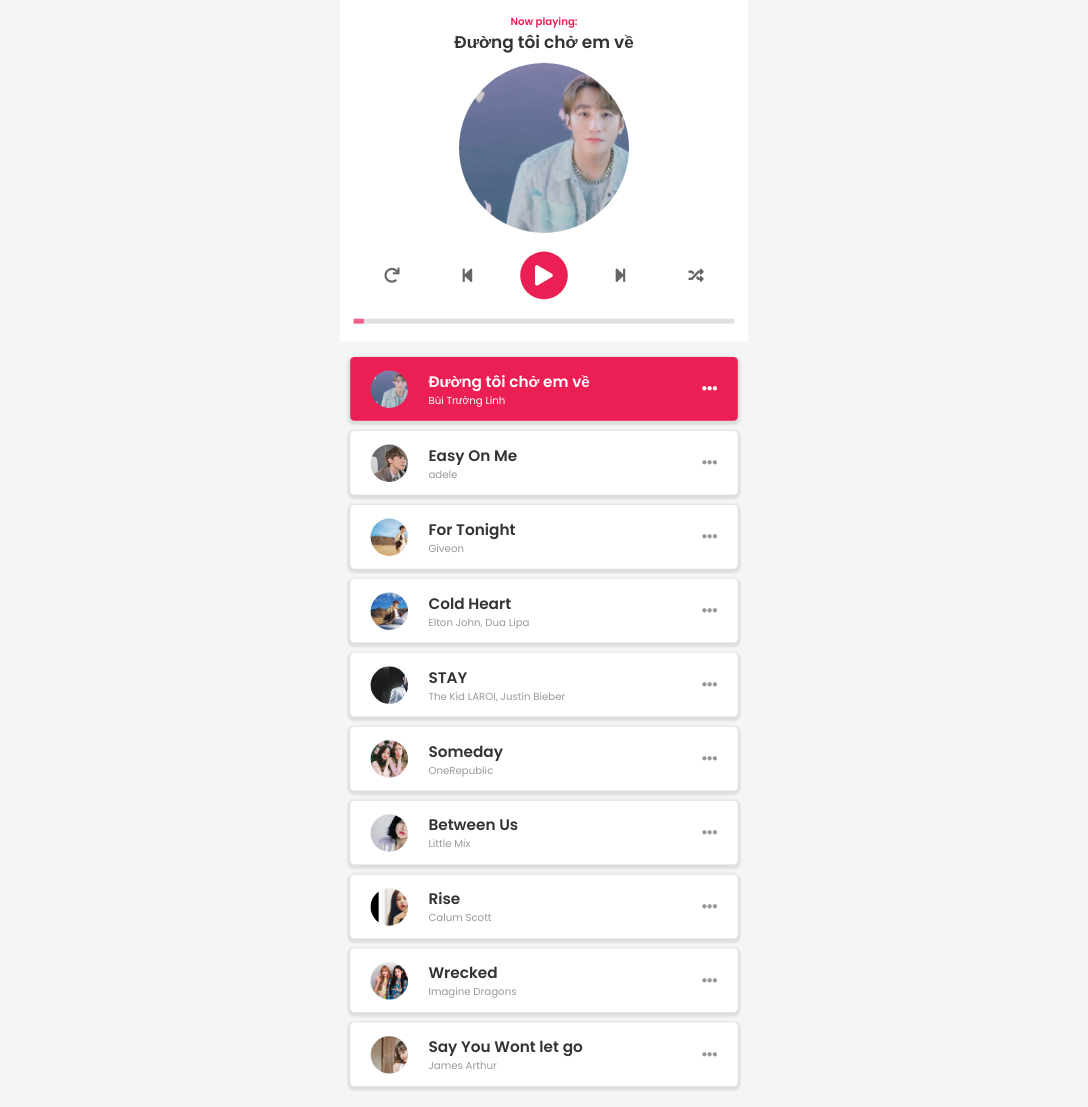
Repository: maivannhan1998/MusicPlayer.github.io
Page: index.html
The author's editor kept a copy of each file at every save. The page is drawn from the files as they stood at one save, then again after the next save.
The browser window is 1280 px wide. The pictures show the whole page, at 85% of full size.

Above is the page before, as saved 2021-11-11 11:34:30.

After the next save:
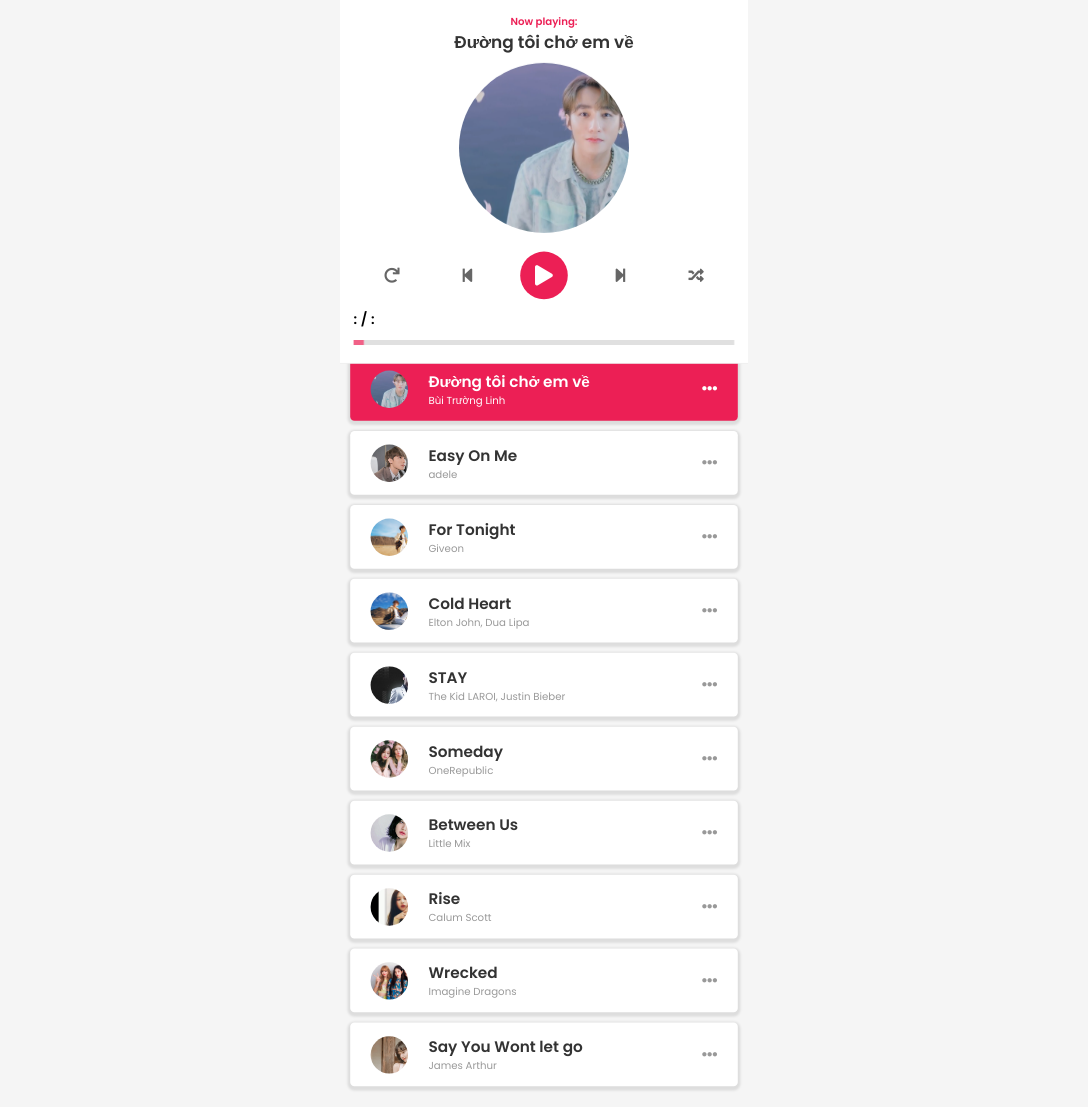
Console error: ReferenceError: progressPercent is not defined
Saved 3 h 52 min later.
--- a/index.html
+++ b/index.html
@@ -45,7 +45,13 @@
                     <i class="fas fa-random"></i>
                 </div>
           </div>
-
+          <span id="time"></span>
+          <b class="dot">:</b>
+          <span id="timeCurrent"></span>
+          <b class="dash">/</b>
+          <span id="duration"></span>
+          <b class="mark">:</b>
+          <span id="timeDuration"></span>
           <input id="progress" class="progress" type="range" value="0" step="1" min="0" max="100">
 
 
@@ -252,7 +258,18 @@
                         const progressPercent = Math.floor(audio.currentTime / audio.duration * 100);
                         progress.value = progressPercent;
                     }
-
+                    progress.value = progressPercent;
+                    const minutes = audio.duration/60;
+                    const millisecond = minutes*10;
+                    const times =  audio.currentTime/60;
+                    const timeCurrents = (times*10);
+                    timeCurrent.innerHTML = timeCurrents.toFixed();
+                    time.innerHTML = times.toFixed();
+                    Duration.innerHTML = minutes.toFixed();
+                    timeDuration.innerHTML = millisecond.toFixed();
+                    dot.style.display = "inline-block";
+                    dash.style.display = "inline-block";
+                    mark.style.display = "inline-block";
                 },
 
                 // Xử lí khi tua bài hát

After the 3 saves that followed:
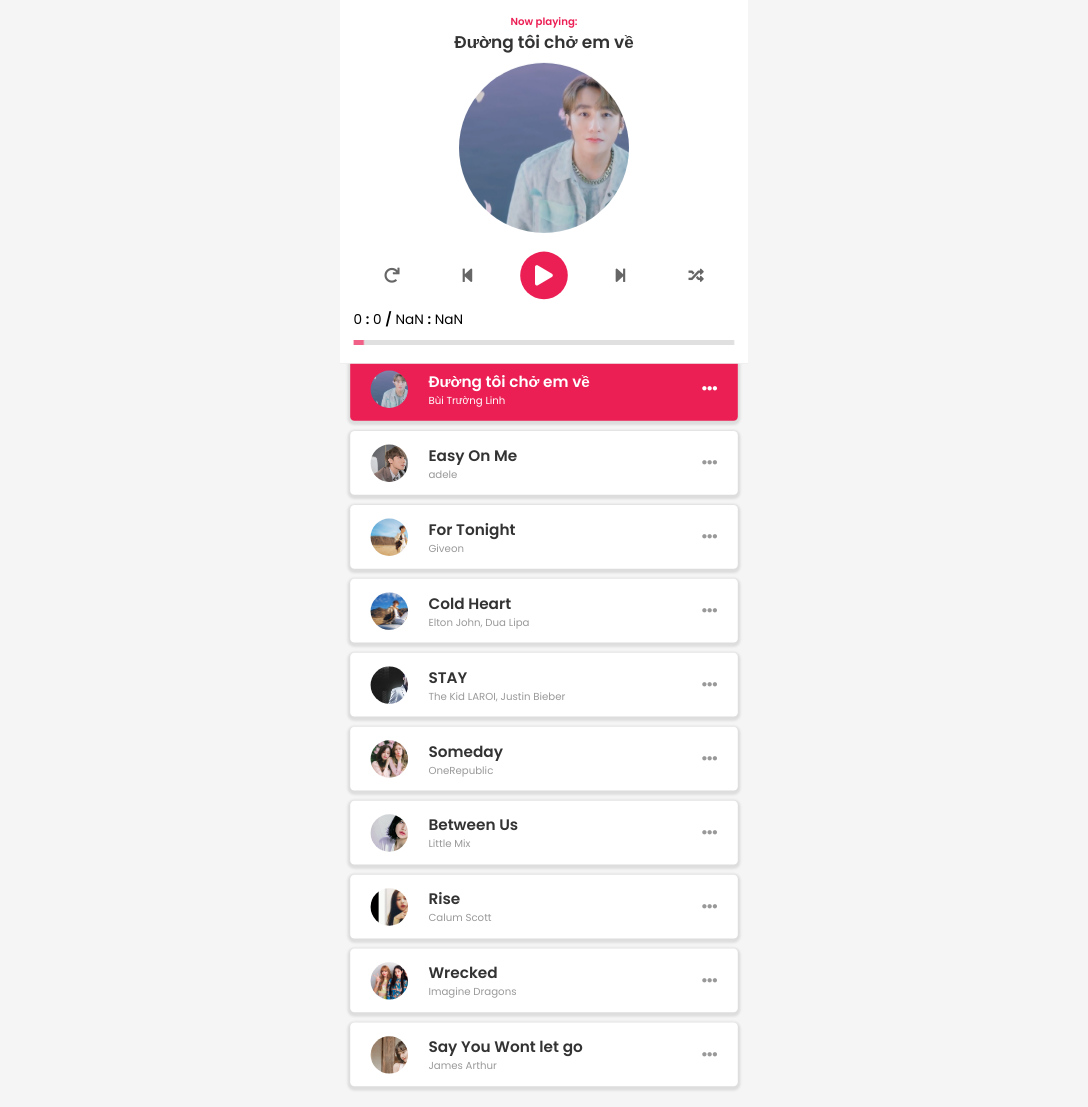
The error is gone.
The 3 saves are shown as one change because 2 left the picture as it was.
The last was saved 5 min 29 s later.
--- a/index.html
+++ b/index.html
@@ -104,6 +104,14 @@
 
         const playList = $('.playlist');
 
+        const time = $('#time');
+        const Duration = $('#duration');
+        const timeCurrent = $('#timeCurrent');
+        const dot = $('.dot');
+        const timeDuration = $('#timeDuration');
+        const dash = $('.dash');
+        const mark = $('.mark');
+
 
         const app = {
 
@@ -258,7 +266,6 @@
                         const progressPercent = Math.floor(audio.currentTime / audio.duration * 100);
                         progress.value = progressPercent;
                     }
-                    progress.value = progressPercent;
                     const minutes = audio.duration/60;
                     const millisecond = minutes*10;
                     const times =  audio.currentTime/60;
